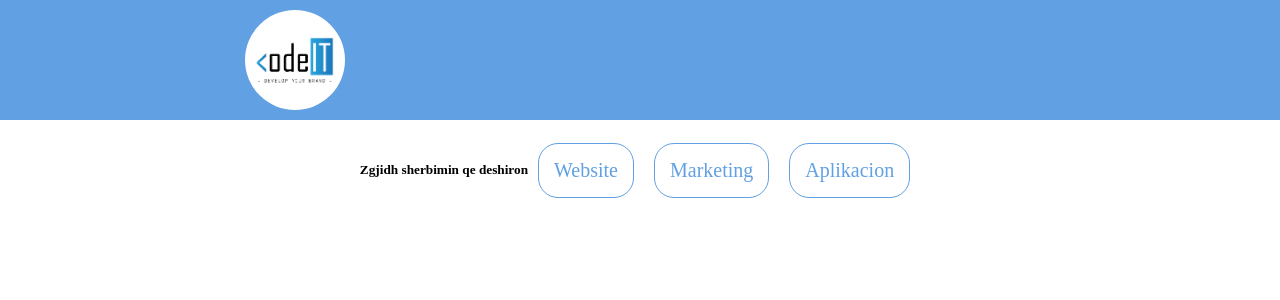
Repository: Edes2128/CODEIT-FINAL
Page: /
An editor plug-in stored every save of this project. The page is shown before and after a run of saves, followed by the edit.
The browser window is 1280 px wide. The pictures show the whole page.
The project was rebuilt for these pictures with package versions that can differ from the ones it lists, and the page was loaded fresh each time.

Above is the page before, as saved 2020-06-29 23:07:41.

### public/index.html
<!DOCTYPE html>
<html lang="en">
  <head>
    <meta charset="utf-8" />
    <link rel="icon" href="./4.jpg" />
    <meta name="viewport" content="width=device-width, initial-scale=1" />
    <meta name="theme-color" content="#61A0E2" />
    <meta
      name="description"
      content="Web site created using create-react-app"
    />

    <link rel="apple-touch-icon" href="/public/4.jpg" />
    <!--
      manifest.json provides metadata used when your web app is installed on a
      user's mobile device or desktop. See https://developers.google.com/web/fundamentals/web-app-manifest/
    -->
    <link rel="manifest" href="/public/4.jpg" />
    <!--
      Notice the use of %PUBLIC_URL% in the tags above.
      It will be replaced with the URL of the `public` folder during the build.
      Only files inside the `public` folder can be referenced from the HTML.

      Unlike "/favicon.ico" or "favicon.ico", "%PUBLIC_URL%/favicon.ico" will
      work correctly both with client-side routing and a non-root public URL.
      Learn how to configure a non-root public URL by running `npm run build`.
    -->
    <title>CodeIT</title>
  </head>
  <body>
    <noscript>You need to enable JavaScript to run this app.</noscript>
    <div id="root"></div>
    <!--
      This HTML file is a template.
      If you open it directly in the browser, you will see an empty page.

      You can add webfonts, meta tags, or analytics to this file.
      The build step will place the bundled scripts into the <body> tag.

      To begin the development, run `npm start` or `yarn start`.
      To create a production bundle, use `npm run build` or `yarn build`.
    -->
  </body>
</html>

### src/index.js
import React from 'react';
import ReactDOM from 'react-dom';
import './index.css';
import App from './App';
import {BrowserRouter} from 'react-router-dom'

ReactDOM.render(
  <React.StrictMode>
  <BrowserRouter><App /></BrowserRouter>
  </React.StrictMode>,
  document.getElementById('root')
);

### src/index.css
*,
*::before,
*::after{
    padding: 0;
    margin: 0;
    box-sizing: border-box;
}


.App-header{
  position: relative;
  background-color: #61A0E2;
  width: 100%;
  height: 120px;
  display: flex;
  justify-content: space-around;
  align-items: center;
}

.logo{
  height: 100px;
  width: 100px;
}

.links{
  width: 200px;
  height: 100px;
}

.logo img{
  width: 100px;
  height: 100px;
  border-radius: 50%;
}

.navbar{
  width: 100%;
  display: flex;
  justify-content: center;
  align-items: center;
  height: 100px;
}

.navbar ul {
  list-style: none;
  display: flex;
}

.navbar li{
  margin: 10px;
  border: 1px solid #61A0E2;
  padding: 15px;
  border-radius: 20px;
  font-size: 20px;
}

.navbar a {
  text-decoration: none;
  color: #61A0E2;
}

### src/App.js
import React from 'react';
import NavBar from './components/navbar';


function App() {
  return (
    <div>
      <header className="App-header">
        <div className="logo"><img src="4.jpg" alt=""/></div>
        <div className="links">
        <i className="fa fa-github"></i>
        </div>
      </header>
      <NavBar />
    </div>
  );
}

export default App;

### src/components/navbar.jsx
import React from 'react';
import {Link} from 'react-router-dom';

const NavBar = () => {
    return (
            <nav className="navbar">
            <h5>Zgjidh sherbimin qe deshiron</h5>
            <ul>
                <Link to="/website"><li>Website</li></Link>
                <Link to="/marketing"><li>Marketing</li></Link>
                <Link to="/aplikacion"><li>Aplikacion</li></Link>
            </ul>
            </nav>
    );
}

export default NavBar

After the next 3 saves:
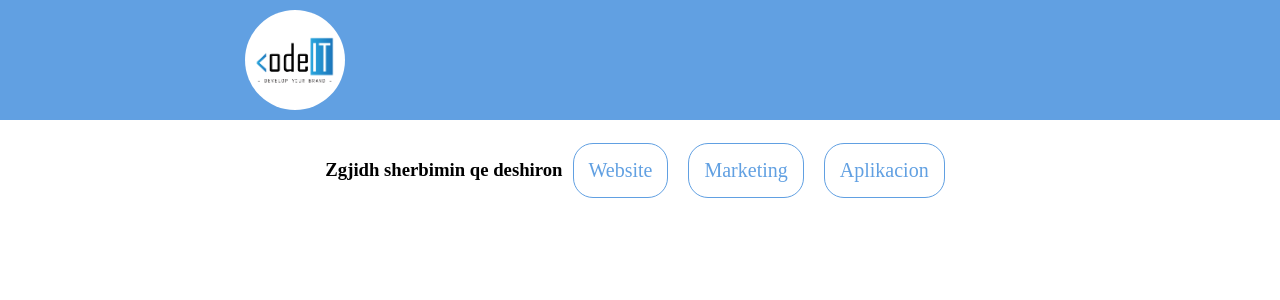
The 3 saves are shown as one change because 1 did not build or start and some came seconds apart.
The last was saved 19 s later.
--- a/src/components/navbar.jsx
+++ b/src/components/navbar.jsx
@@ -4,7 +4,7 @@
 const NavBar = () => {
     return (
             <nav className="navbar">
-            <h5>Zgjidh sherbimin qe deshiron</h5>
+            <h3>Zgjidh sherbimin qe deshiron</h3>
             <ul>
                 <Link to="/website"><li>Website</li></Link>
                 <Link to="/marketing"><li>Marketing</li></Link>
